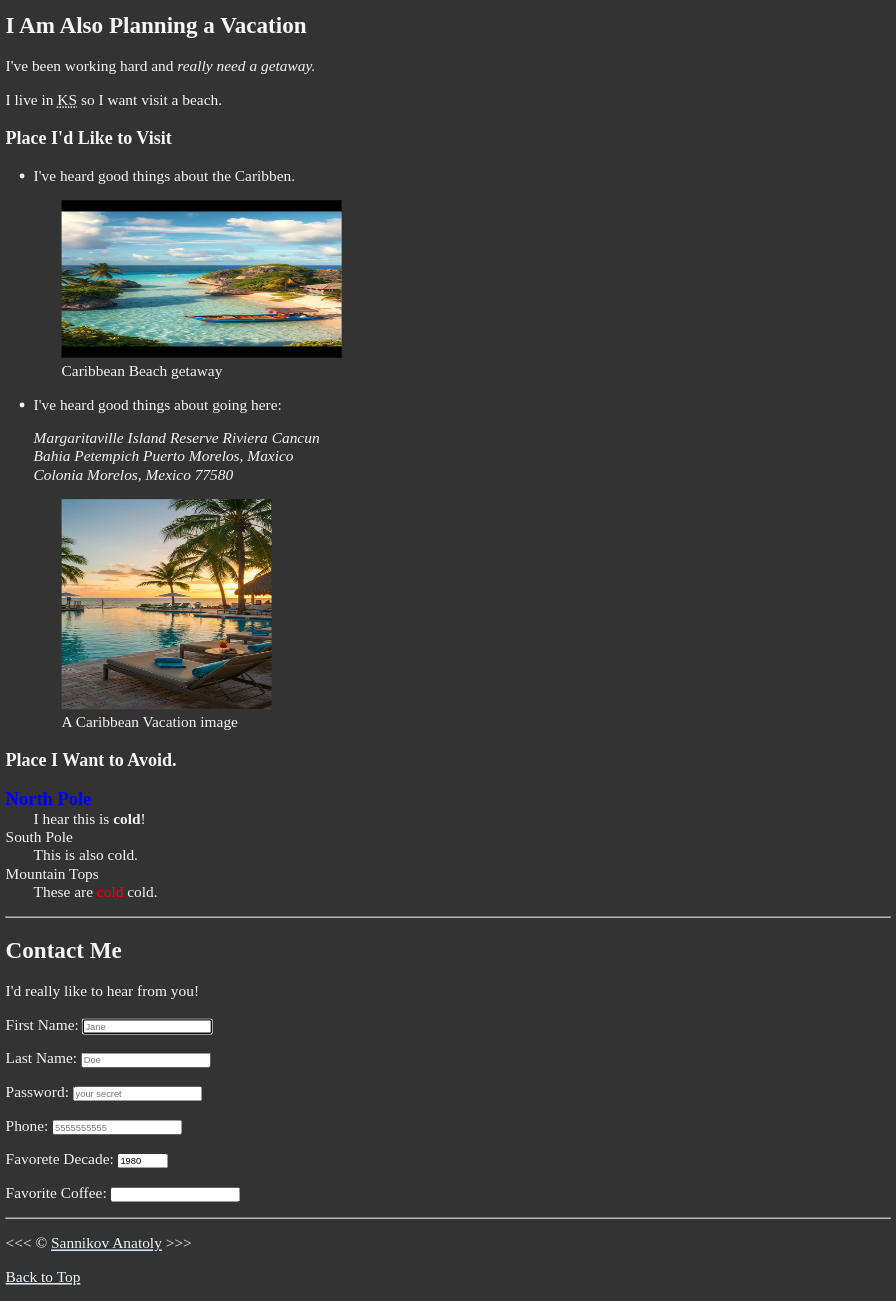
Repository: sannikovcode/exercises-a1
Page: JS/test1/task3/index.html
The author's editor kept a copy of each file at every save. The page is drawn from the files as they stood at one save, then again after the next save.
The browser window is 1280 px wide. The pictures show the part of the page from y = 1530 to 3450 px (the page is 3388 px tall before and 3450 px after), at 70% of full size.

Above is the page before, as saved 2025-10-15 10:10:44.

### JS/test1/task3/index.html
<!DOCTYPE html>
<html lang="en">

<head>
  <meta charset="UTF-8">
  <meta name="author" content="Anatoly">
  <meta name="description" content="This page contains all the things. I am learning how to create as I learn HTML.">

  <title>First web page</title>

  <link rel="icon" href="html5.png" type="image/x-icon">
  <link rel="stylesheet" href="main.css" type="text/css">
</head>

<body>
  <header>
    <h1>My Goals for the Year</h1>

    <ol aria-label="primary-navigation">
      <li><a href="#html">Learn HTML</a></li>
      <li><a href="#vacation">Planning a Vacation </a></li>
      <li><a href="#contact">Contact Me </a></li>
    </ol>
  </header>
  <!-- ffasfasdfasdfafsdsfs -->

  <hr>
  <main>
    <article id="html">
      <h2>I'm Ready to Learn HTML</h2>
      <p>This is my first web page.</p>
      <section>
        <h3>HTML5</h3>
        <img src="img/html-logo.jpg" alt="HTML5 Logo" title="I am learning HTML5" width="300" height="300">
        <figure>
          <figcaption>An Example of HTML5 code</figcaption>
          <p>
            <code>&lt;h1&gt;Hello World!&lt;/h1&gt;</code>
          </p>
        </figure>
      </section>
      <section>
        <h3>My Daily Schedule</h3>
        <p>Let me tell you how:</p>
        <ol>
          <li>... I learn more about web dev.</li>
          <li>... I plan out my schedule.</li>
          <li>
            ... I use resources from
            <abbr title="Mozilla Developer Network">
              <a href="https://developer.mozilla.org/">MDN</a> </abbr>.
          </li>
        </ol>
        <aside>
          <details>
            <summary>Guess the <mark>number of hours</mark> I code per day</summary>
            <p>I start at <time datetime="08:00">8 am</time> and
              I write code for <time datetime="PT3H">3 hours</time> every morning</p>
          </details>
        </aside>
        <br>
        <br>
        <table>
          <caption>My Daily Schedule</caption>
          <thead>
            <tr>
              <th>&nbsp;</th>
              <th id="time" scope="col">Time</th>
              <th id="activity" scope="col">Activiry</th>
            </tr>
          </thead>
          <tbody>
            <tr>
              <th id="morning" scope="row">Morning</th>
              <td>
                <time datetime="08:00">8am</time> -
                <time datetime="11:00">11am</time>
              </td>
              <td>Write Code</td>
            </tr>
            <tr>
              <th id="break" scope="row">Break</th>
              <td>
                <time datetime="11:00">11am</time> -
                <time datetime="12:00">12pm</time>
              </td>
              <td>Eat Lunch</td>
            </tr>
            <tr>
              <th id="afternoon" scope="row">Afternoon</th>
              <td>
                <time datetime="12:00">12pm</time> -
                <time datetime="17:00">5pm</time>
              </td>
              <td>Study for Other Courses</td>
            </tr>
            <tr>
              <th id="evening" scope="row">Evening</th>
              <td rowspan="2">All Other Times</td>
              <td>Free Time</td>
            </tr>
            <tr>
              <th id="night" scope="row">Night</th>
              <td>Sleep</td>
            </tr>
          </tbody>
          <tfoot>
            <tr>
              <td colspan="3">And that's what I do every day,
                5 days a week. Just eat, sleep, code ..and
                recharge!
              </td>
            </tr>
          </tfoot>
        </table>



      </section>
    </article>

    <hr>
    <article id="Vacation">
      <h2>I Am Also Planning a Vacation</h2>
      <p>I've been working hard and <em>really need a getaway.</em></p>
      <p>I live in <abbr title="Kansas">KS</abbr> so I want visit a beach.</p>

      <section>
        <h3>Place I'd Like to Visit</h3>
        <ul>
          <li>
            <p>I've heard good things about the Caribben.</p>
            <figure>
              <img src="img/caribbean.jpg" alt="caribbean beach" title="I want to visit a caribbean" width="400"
                height="225" loading="lazy">
              <figcaption>Caribbean Beach getaway</figcaption>
            </figure>
          </li>
          <li>
            <p>I've heard good things about going here:</p>
            <address>
              Margaritaville Island Reserve Riviera Cancun<br>
              Bahia Petempich Puerto Morelos, Maxico<br>
              Colonia Morelos, Mexico 77580
            </address>

            <figure>
              <img src="img/vocation.jpg" alt="Cancun Vacation" title="I want a vacation" width="300" height="300"
                loading="lazy">
              <figcaption>
                A Caribbean Vacation image
              </figcaption>
            </figure>

          </li>
        </ul>
      </section>

      <!--TODO: Add more places-->


      <section>

        <h3>Place I Want to Avoid.</h3>
        <dl>
          <dt><span class="North">North Pole</span></dt>
          <dd>I hear this is <strong>cold</strong>!</dd>

          <dt>South Pole</dt>
          <dd>This is also cold.</dd>
          <dt>Mountain Tops</dt>
          <dd>These are <span style="color: red;">cold</span> cold.</dd>
        </dl>
      </section>
    </article>

    <hr>
    <article id="contact">
      <h2>Contact Me</h2>
      <p>I'd really like to hear from you!</p>


      <form action="https://httpbin.org/get" method="get">
        <p>
          <label for="firstName">First Name:</label>
          <input type="text" name="first" id="firstName" placeholder="Jane" autocomplete="on" required autofocus>
        </p>
        <p>
          <label for="lastName">Last Name:</label>
          <input type="text" name="first" id="lastName" placeholder="Doe" autocomplete="on" required>
        </p>
        <p>
          <label for="password">Password:</label>
          <input type="password" name="password" id="password" placeholder="your secret" required>
        </p>
        <p>
          <label for="phone">Phone:</label>
          <input type="tel" name="phone" id="phone" placeholder="5555555555" pattern="[0-9]{3}[0-9]{3}[0-9]{4}"
            required>
        </p>
        <p>
          <label for="decade">Favorete Decade:</label>
          <input type="number" name="decade" id="decade" min="1950" max="2020" step="10" value="1980">
        </p>
        <!-- <p>
          <label for="coffee">Favorite Coffee:</label>
          <select name="coffee" id="coffee" multiple size="5">
            <optgroup label="Coffees">
              <option value="regular coffee">Regular Coffee</option>
              <option value="iced coffee">Iced Coffee</option>
            </optgroup>
            <optgroup label="Espresso Drinks">
              <option value="latte">Latte</option>
              <option value="cappuction">Cappuction</option>
              <option value="cortado">Cortado</option>
              <option value="americano">Americano</option>
            </optgroup>
            <option value="other">Other</option>

          </select>
        </p> -->
        <p>
          <label for="coffee">Favorite Coffee:</label>
          <input type="text" name="coffee" id="coffee" list="coffee-list">
          <datalist id="coffee-list">
            <option value="regular coffee">
            <option value="iced coffee">
            <option value="latte">
            <option value="cappuction">
            <option value="cortado">
            <option value="americano">
            <option value="other">
          </datalist>
        </p>
      </form>

    </article>
  </main>

  <hr>

  <footer>
    <p>
      &lt;&lt;&lt; &copy; <a href="about.html">Sannikov Anatoly</a> &gt;&gt;&gt;
    </p>

    <p>
      <a href="#">Back to Top</a>
    </p>
  </footer>

</body>

</html>

### JS/test1/task3/main.css
html {
  font-size: 22px;
}

body {
  background-color: #333;
  color: whitesmoke;
}

a {
  color: aliceblue;
}

a:visited {
  color: lightgray;
}

a:hover,
a:active {
  color: #eee;
}

/*================ Мои эксперементы ================== */
  .North {
    color: blue;
    font-weight: bold;
    font-size: 1.2em;
}

/*======== Из видео продолжение ============*/

table, tr, th, td, caption {
        border: 1px solid #eee;
        font-family: 'Courier New', Courier, monospace;
        border-collapse: collapse;
        padding: 0.5rem;
}

After the next save:
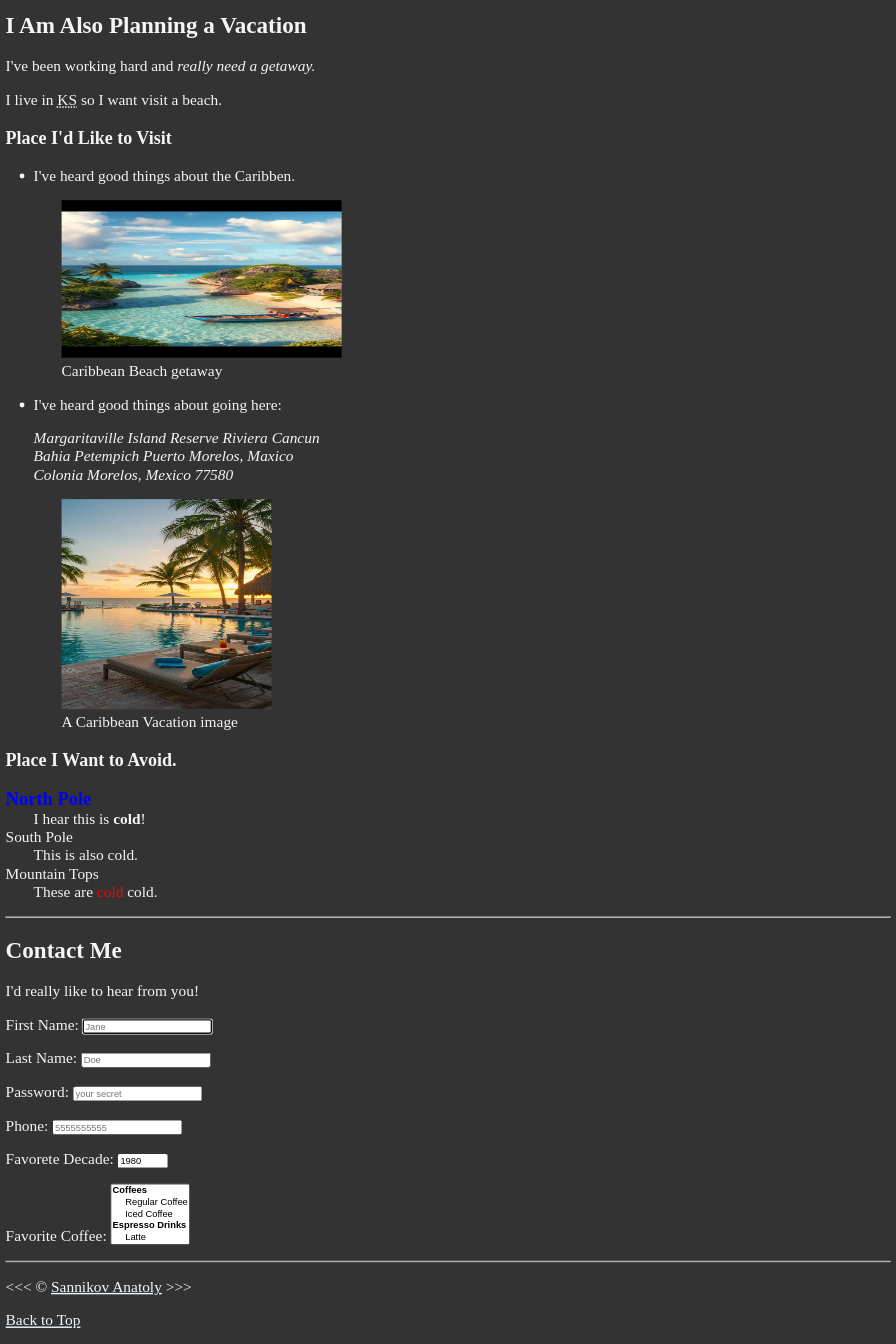
Saved 100 s later.
--- a/JS/test1/task3/index.html
+++ b/JS/test1/task3/index.html
@@ -202,7 +202,7 @@
           <label for="decade">Favorete Decade:</label>
           <input type="number" name="decade" id="decade" min="1950" max="2020" step="10" value="1980">
         </p>
-        <!-- <p>
+        <p>
           <label for="coffee">Favorite Coffee:</label>
           <select name="coffee" id="coffee" multiple size="5">
             <optgroup label="Coffees">
@@ -218,8 +218,8 @@
             <option value="other">Other</option>
 
           </select>
-        </p> -->
-        <p>
+        </p>
+        <!--    <p>
           <label for="coffee">Favorite Coffee:</label>
           <input type="text" name="coffee" id="coffee" list="coffee-list">
           <datalist id="coffee-list">
@@ -231,7 +231,7 @@
             <option value="americano">
             <option value="other">
           </datalist>
-        </p>
+        </p> -->
       </form>
 
     </article>
